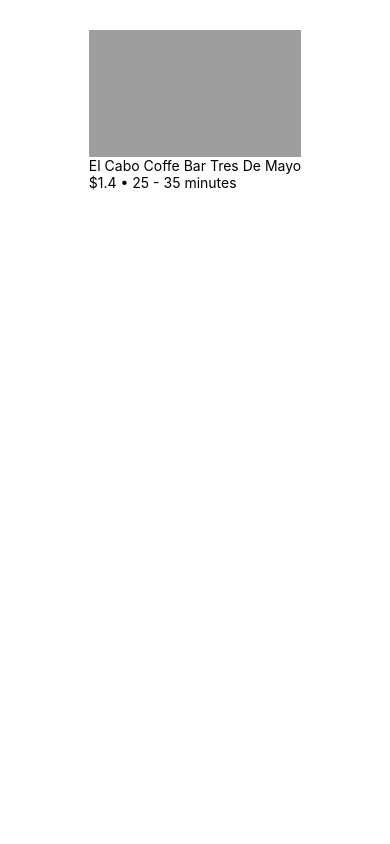
Repository: leroy-netizen/rn-uber-eats-client
Screen: /
These files come from the project's save history. The screen is drawn as it stood at one moment and after the next save; the edit follows.
Pictures or frames that could not be fetched are drawn as grey boxes. The app was drawn by React Native's web renderer in a window 390 px wide. The project was rebuilt for these pictures with package versions that can differ from the ones it lists, and the page was loaded fresh each time. Also part of the build but not shown: src/components/restaurantItem/RestaurantItem.jsx, src/screens/HomeScreen/index.js.

Above is the screen before, as saved 2023-01-16 15:33:32.

### App.js
import { StatusBar } from "expo-status-bar";
import { StyleSheet, Text, View, FlatList } from "react-native";
import HomeScreen from "./src/screens/HomeScreen/index.js";
import RestaurantDetails from "./src/screens/ResturantDetailsScreen/index.js";
export default function App() {
  return (
    <View style={styles.container}>
      {/* <HomeScreen /> */}
      <RestaurantDetails />
      <StatusBar style="auto" />
    </View>
  );
}

const styles = StyleSheet.create({
  container: {
    flex: 1,
    backgroundColor: "#fff",
    alignItems: "center",
    justifyContent: "center",
    padding: 10,
    paddingVertical: 30,
  },
});

### src/screens/ResturantDetailsScreen/index.js
import { View, Text, Image, StyleSheet, FlatList } from "react-native";
import restaurants from "../../../assets/data/restaurants.json";
const restaurant = restaurants[0];
const RestaurantDetails = () => {
  return (
    <View style={styles.page}>
      <Image source={{ uri: restaurant.image }} style={styles.image} />
      <Text style={styles.title}>{restaurant.name}</Text>
      <Text style={styles.subtitle}>
        ${restaurant.deliveryFee} &#8226; {restaurant.minDeliveryTime} -{" "}
        {restaurant.maxDeliveryTime} minutes
      </Text>
    </View>
  );
};

const styles = StyleSheet.create({
  page: {
    flex: 1,
  },
  image: {
    width: "100%",
    aspectRatio: 5 / 3,
  },
});

export default RestaurantDetails;

### assets/data/restaurants.json
[
  {
    "id": "1",
    "name": "El Cabo Coffe Bar Tres De Mayo",
    "deliveryFee": 1.4,
    "minDeliveryTime": 25,
    "maxDeliveryTime": 35,
    "rating": 4.0,
    "image": "https://notjustdev-dummy.s3.us-east-2.amazonaws.com/uber-eats/restaurant1.jpeg",
    "dishes": [
      {
        "name": "Cheese Tequeños",
        "description": "6 pieces of chese with sauce.",
        "price": 6.9,
        "image": "https://notjustdev-dummy.s3.us-east-2.amazonaws.com/uber-eats/restaurant2.jpeg"
      },
      {
        "name": "Hamburger La Super Cabo Burger",
        "description": "Double meat, gouda cheese, cheddar cheese, cooked ham, bacon, egg, salad and rustic potatoes.",
        "price": 8.9,
        "image": "https://notjustdev-dummy.s3.us-east-2.amazonaws.com/uber-eats/restaurant3.jpeg"
      },
      {
        "name": "U.S.A. Burger",
        "description": "Beef, gouda cheese, cheddar cheese, cooked ham, bacon, egg and salad.",
        "price": 5.4
      },
      {
        "name": "Slices of Llanero Cheese",
        "description": "Ripe plantain with cheese and palm honey.",
        "price": 5.9
      },
      {
        "name": "Papas Locas El Cabo",
        "description": "French fries with shredded chicken, gouda cheese and ham.",
        "price": 7.9
      }
    ]
  },
  {
    "id": "2",
    "name": "Tony Roma's - C.C. Meridiano",
    "deliveryFee": 0.4,
    "minDeliveryTime": 25,
    "maxDeliveryTime": 35,
    "rating": 4.7,
    "image": "https://notjustdev-dummy.s3.us-east-2.amazonaws.com/uber-eats/restaurant2.jpeg",
    "dishes": [
      {
        "name": "Cajun Ribs",
        "description": "For lovers of a spicy touch. Ribs bathed in our Original sauce accompanied by Cajun spices. Served with French fries and coleslaw.",
        "price": 18.95
      },
      {
        "name": "The Original Baby Backs",
        "description": "The house specialty. Pork ribs cooked on the barbecue and marinated with our original barbecue sauce. Served with French fries and coleslaw.",
        "price": 19.95
      },
      {
        "name": "Carolina Honey",
        "description": "Our famous ribs marinated with our Carolina honey sauce, a mixture of honey with our original sauce. Ideal for those looking for a sweet touch. Served with French fries and coleslaw.",
        "price": 18.95,
        "image": "https://notjustdev-dummy.s3.us-east-2.amazonaws.com/uber-eats/restaurant2.jpeg"
      },
      {
        "name": "Onion Rings",
        "description": "Los tradicionales aros de cebolla de tony roma's dorados, crujientes y ligeros. Únicos en el mundo, acompañados de salsa BBQ.",
        "price": 6.95
      },
      {
        "name": "Nachos Tony Roma's",
        "description": "The best selling nachos! with our blend of melted cheeses, accompanied by guacamole, crispy bacon, ranch beans, and sour cream.",
        "price": 10.95
      }
    ]
  },
  {
    "id": "3",
    "name": "Brothers Barbecue",
    "deliveryFee": 1.4,
    "minDeliveryTime": 20,
    "maxDeliveryTime": 30,
    "rating": 4.3,
    "image": "https://notjustdev-dummy.s3.us-east-2.amazonaws.com/uber-eats/restaurant3.jpeg",
    "dishes": [
      {
        "name": "Burger Mustang",
        "description": "Homemade bread, burger sauce, lettuce, sweet and sour pickle, bacon, cheddar and BBQ sauce. Beef 180 grams.",
        "price": 5.9
      },
      {
        "name": "Alabama bread",
        "description": "Artisan bread, butter sauce, garlic, BBQ chicken and cheddar.",
        "price": 3.0
      },
      {
        "name": "New York Burger",
        "description": "Homemade bread, lettuce, burger sauce, 180 grams of beef, goat cheese and roasted apple.",
        "price": 5.9
      },
      {
        "name": "Mac & Cheese Burger",
        "description": "Homemade bread, lettuce, burger sauce, 180 grams of beef, mac and cheese, and American-style bacon.",
        "price": 5.9
      },
      {
        "name": "Nachos Brothers",
        "description": "Nachos, guacamole, cheddar sauce, beans, bacon, and cream cheese.",
        "price": 5.2
      }
    ]
  },
  {
    "id": "4",
    "name": "Hamburguesa Nostra La Salle",
    "deliveryFee": 0.9,
    "minDeliveryTime": 30,
    "maxDeliveryTime": 40,
    "rating": 4.5,
    "image": "https://notjustdev-dummy.s3.us-east-2.amazonaws.com/uber-eats/restaurant4.jpeg",
    "dishes": [
      {
        "name": "English burger",
        "description": "Beef with bacon, portobello mushrooms, tomato, cheddar cheese, grilled egg and our smoked sauce.",
        "price": 14.9
      },
      {
        "name": "Mexican Burger",
        "description": "Beef, with pico de gallo, veggie chili, cheddar cheese, guacamole and smoked sauce.",
        "price": 14.9
      },
      {
        "name": "Tequeños",
        "description": "Crispy sticks filled with melted cheese accompanied by tomato chutney.",
        "price": 9.9
      },
      {
        "name": "Starters Combo",
        "description": "Tequeños, crispy onion and chicken delicacies.",
        "price": 13.9
      },
      {
        "name": "Cesar Salad",
        "description": "Green sprouts, pieces of grilled bacon, chicken delicacies, grated Parmesan, muffin croutons and fried onion confetti dressed with Caesar sauce.",
        "price": 10.5
      }
    ]
  }
]

After the next save:
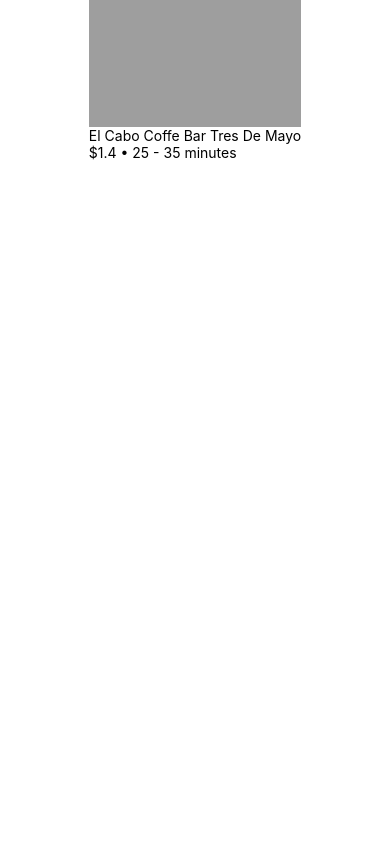
Saved 62 s later.
--- a/App.js
+++ b/App.js
@@ -18,7 +18,7 @@ const styles = StyleSheet.create({
     backgroundColor: "#fff",
     alignItems: "center",
     justifyContent: "center",
-    padding: 10,
-    paddingVertical: 30,
+    // padding: 10,
+    // paddingVertical: 30,
   },
 });
